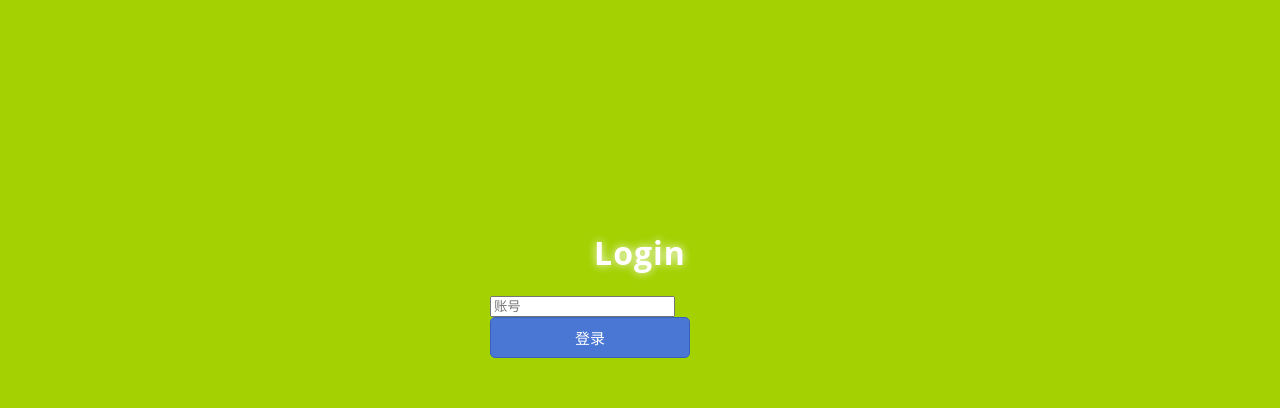
Repository: SnugHAN/gg
Page: http://localhost/bank/
These files come from the project's save history. The page is drawn as it stood at one moment and after the next save; the edit follows.
The browser window is 1280 px wide. The pictures show the whole page.
The page is served by Tomcat 9. Queries for data that is not in the repository find no rows.

Above is the page before, as saved 2016-11-30 13:26:55.

### bank/bank/WebRoot/index.jsp
<%@ page language="java" import="java.util.*" pageEncoding="utf-8"%>

<%
String path = request.getContextPath();
String basePath = request.getScheme()+"://"+request.getServerName()+":"+request.getServerPort()+path+"/";
%>
<%@ page language="java" contentType="text/html; charset=utf-8"%>
<%@ page import="java.sql.* "%>

<%@ page import="java.lang.String" %>
<%@ page import="java.sql.ResultSet" %>
<!DOCTYPE HTML PUBLIC "-//W3C//DTD HTML 4.01 Transitional//EN">
<html>
  <head>
    <base href="<%=basePath%>">

    <title>我存我惠</title>
	<meta http-equiv="pragma" content="no-cache">
	<meta http-equiv="cache-control" content="no-cache">
	<meta http-equiv="expires" content="0">
	<meta http-equiv="keywords" content="keyword1,keyword2,keyword3">
	<meta http-equiv="description" content="This is my page">
	<!--
	<link rel="stylesheet" type="text/css" href="styles.css">
	-->
  <link rel="stylesheet" type="text/css" href="css/login.css"/>
  </head>
  <body>
     <div id="login">
        <h1>Login</h1>
        <form method="post" action="index.jsp">

            <input class="inpu" type="text" required="required" placeholder="账号" name="username">
            <button class="but" type="submit" >登录</button>
        </form>
    </div>

     <%

   String username = request.getParameter("username");
   try{
	   Class.forName("oracle.jdbc.driver.OracleDriver");

   }catch(ClassNotFoundException e){

	   e.printStackTrace();
   }

   try{
       //Class.forName("oracle.jdbc.driver.OracleDriver").newInstance();
       Connection con = DriverManager.getConnection("jdbc:oracle:thin:@localhost:1521:orcl","system","hankangqi");
       if(con==null){
          System.out.println("与oracle数据库连接失败！");
      }else{
    	  System.out.println("与oracle数据库连接成功！");
      }
       Statement stmt = con.createStatement();
       String sql = "select * from hkm where username='"+username+"'";
       System.out.println(username);
       ResultSet rs = stmt.executeQuery(sql);
       //System.out.println("不错");
       if(rs.next()){
    	  // System.out.println("fdsfdf");
    	   if(rs.getString("username").equals(username)){
        	  // System.out.println("不错");
               %>
               <form method="post" action="admin.jsp">
               <input type="text" value="<%=rs.getString("username")%>" name="username" hidden>
               <input class="inp" type="submit" name="tijiao" placeholder="点击这里进入您的主页">
               </form>
               <%
           }else {
               response.sendRedirect("index.jsp");
           }

       }
       else{
    	   System.out.println("不对啊！");
       }
   }catch (Exception e) {
       e.printStackTrace();
   }


%>
  </body>
</html>

### bank/bank/WebRoot/css/login.css
@CHARSET "UTF-8";
html{
    width: 100%;
    height: 100%;
    overflow: hidden;
    font-style: sans-serif;
}
body{
    width: 100%;
    height: 100%;
    font-family: 'Open Sans',sans-serif;
    margin: 0;
    background-color: #A3D101;
}
#login{
    position: absolute;
    top: 50%;
    left:50%;
    margin: -150px 0 0 -150px;
    width: 300px;
    height: 300px;
}
#login h1{
    color: #fff;
    text-shadow:0 0 10px;
    letter-spacing: 1px;
    text-align: center;
}
h1{
    font-size: 2em;
    margin: 0.67em 0;
}
.input{
    width: 278px;
    height: 18px;
    margin-bottom: 10px;
    outline: none;
    padding: 10px;
    font-size: 13px;
    color: #fff;
    text-shadow:1px 1px 1px;
    border-top: 1px solid #312E3D;
    border-left: 1px solid #312E3D;
    border-right: 1px solid #312E3D;
    border-bottom: 1px solid #56536A;
    border-radius: 4px;
    background-color: #2D2D3F;
}
.but{
    width: 200px;
    min-height: 20px;
    display: block;
    background-color: #4a77d4;
    border: 1px solid #3762bc;
    color: #fff;
    padding: 9px 14px;
    font-size: 15px;
    line-height: normal;
    border-radius: 5px;
    margin: 0;
}
.inp{

	 width: 200px;
    height: 18px;
    margin-bottom: 10px;
    outline: none;
    padding: 10px;
    font-size: 13px;
    color: #fff;
    text-shadow:1px 1px 1px;
    border-top: 1px solid #312E3D;
    border-left: 1px solid #312E3D;
    border-right: 1px solid #312E3D;
    border-bottom: 1px solid #56536A;
    border-radius: 4px;
    background-color: #2D2D3F;
}

After the next save:
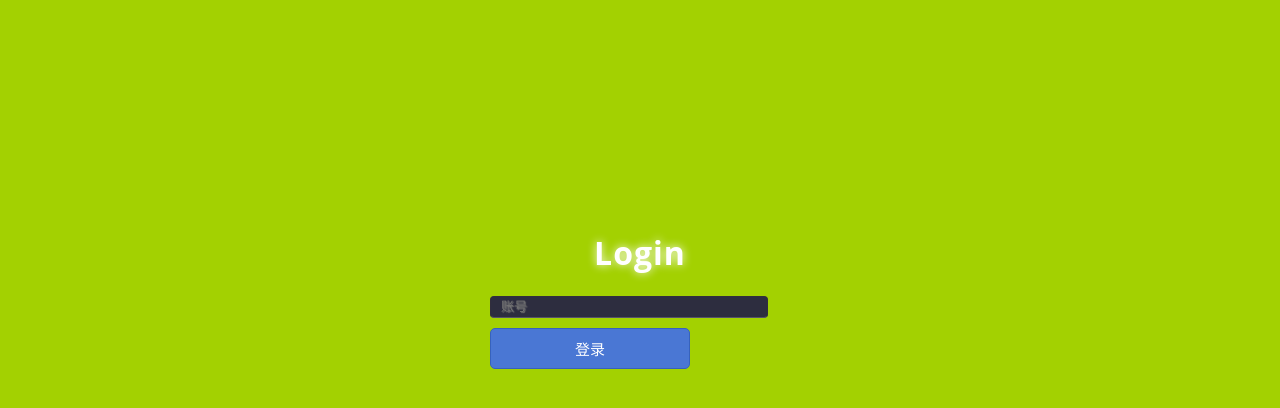
Saved 2 min 5 s later.
--- a/bank/bank/WebRoot/css/login.css
+++ b/bank/bank/WebRoot/css/login.css
@@ -30,7 +30,7 @@
     font-size: 2em;
     margin: 0.67em 0;
 }
-.input{
+.inpu{
     width: 278px;
     height: 18px;
     margin-bottom: 10px;

After the save that followed:
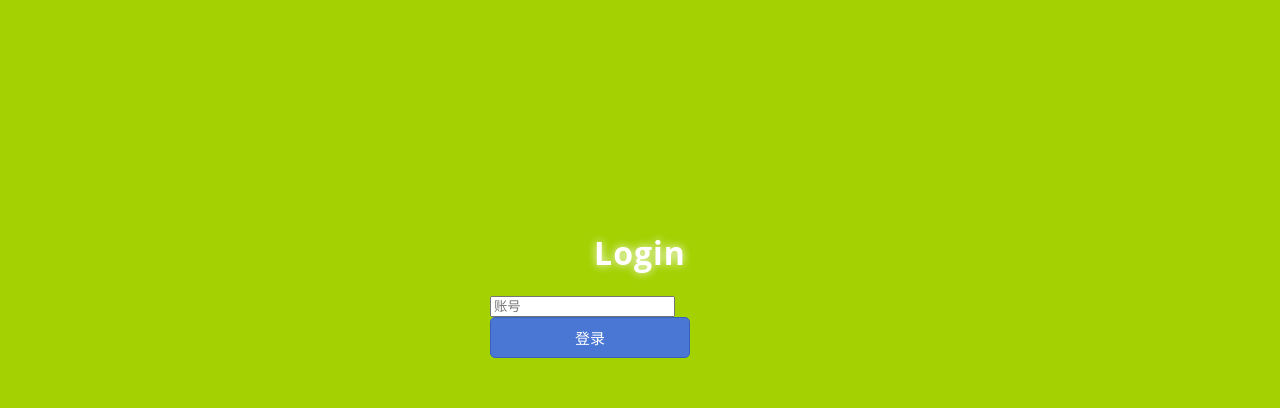
Saved 40 s later.
--- a/bank/bank/WebRoot/css/login.css
+++ b/bank/bank/WebRoot/css/login.css
@@ -30,7 +30,7 @@
     font-size: 2em;
     margin: 0.67em 0;
 }
-.inpu{
+#input{
     width: 278px;
     height: 18px;
     margin-bottom: 10px;
